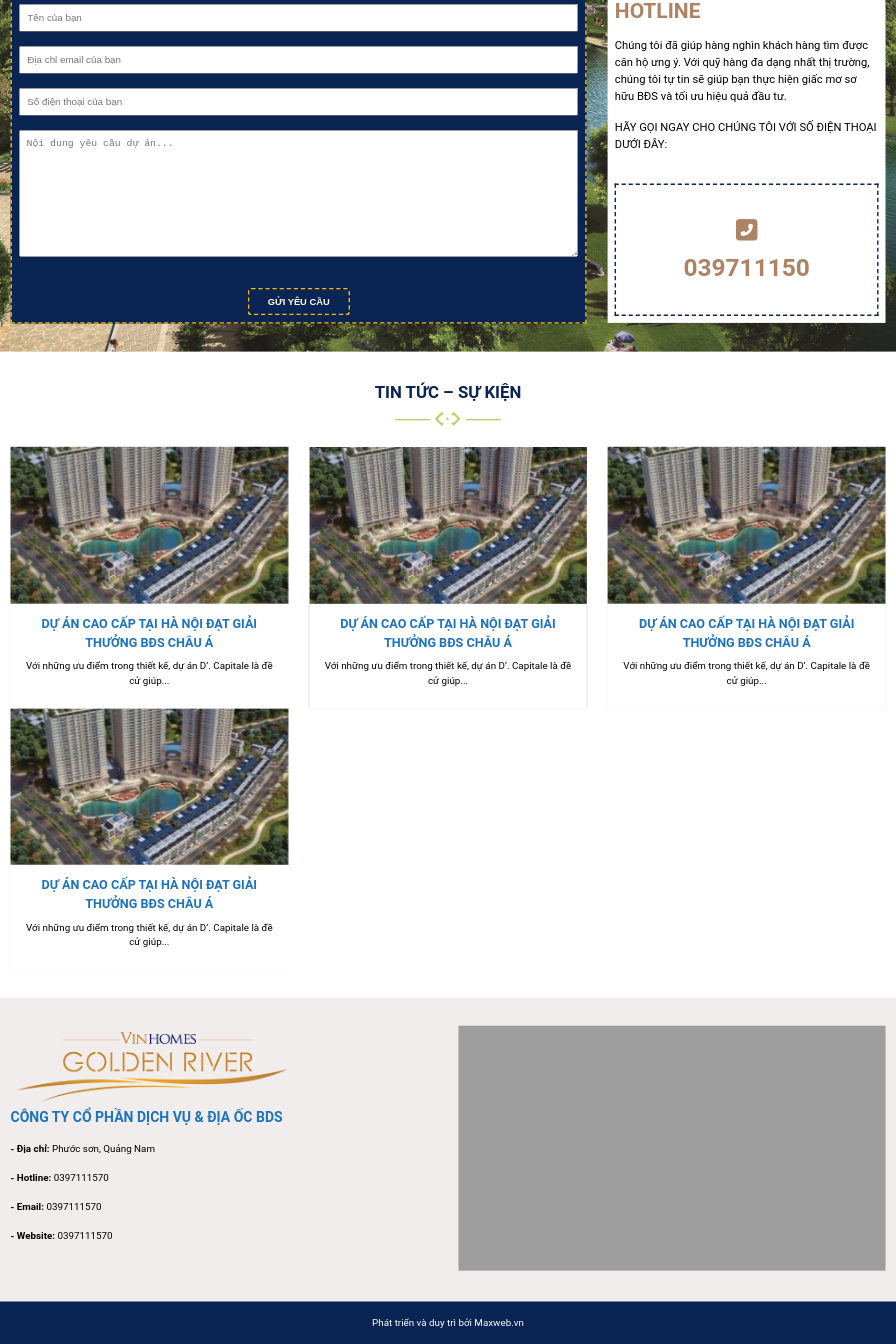
Repository: phamphuc2/fontend-bds
Page: index.html
These files come from the project's save history. The page is drawn as it stood at one moment and after the next save; the edit follows.
The browser window is 1280 px wide. The pictures show the part of the page from y = 2346 to 4266 px (the page is 4266 px tall before and 3893 px after), at 70% of full size.
Pictures or frames that could not be fetched are drawn as grey boxes. Backgrounds fixed to the window are drawn as part of the page. Some web libraries are served in a nearby version.

Above is the page before, as saved 2022-06-10 08:24:08.

After the next save:
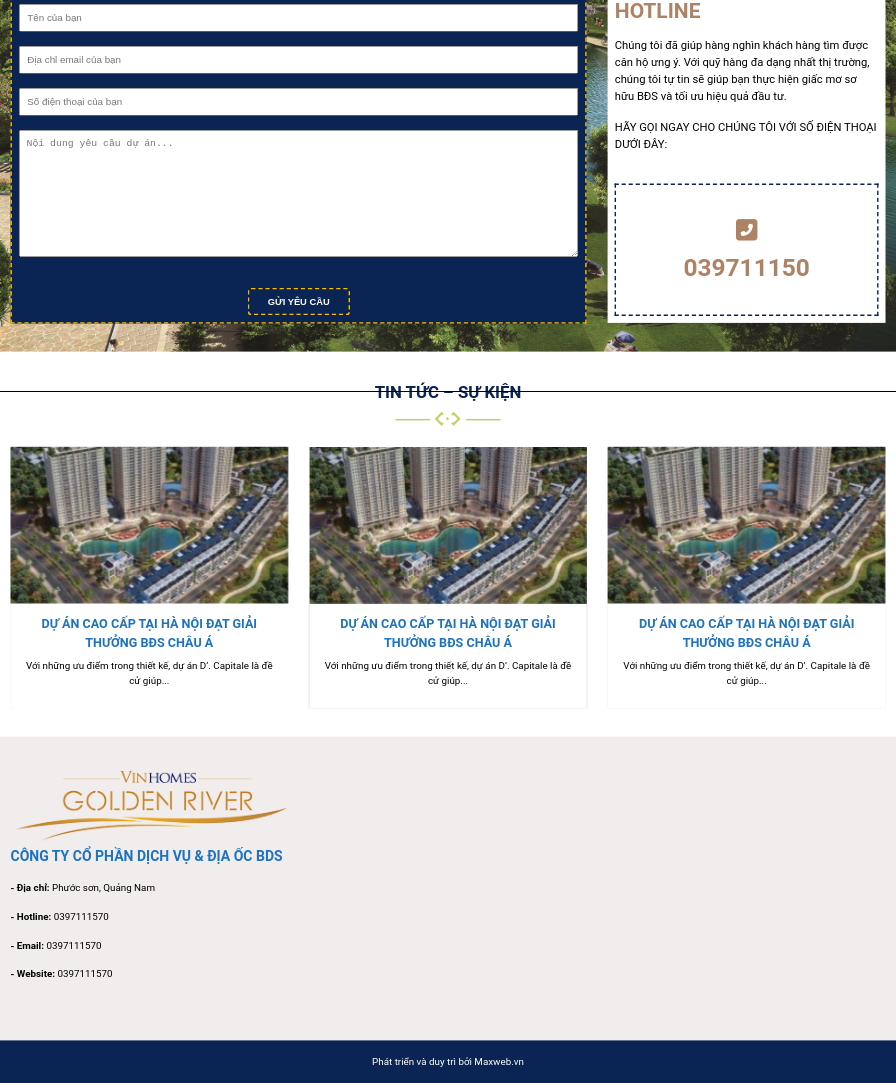
Saved 11 s later.
--- a/index.html
+++ b/index.html
@@ -360,17 +360,6 @@
                         </div>
                     </div>
                     <div class="col-lg-4 box-new">
-                        <a href="" class="box-item">
-                            <div class="img-wrap">
-                                <img src="./assets/images/project1.jpg" alt="">
-                            </div>
-                            <div class="content">
-                                <h2 class="title">Dự án cao cấp tại Hà Nội đạt giải thưởng BĐS châu Á</h2>
-                                <p class="desc">Với những ưu điểm trong thiết kế, dự án D’. Capitale là đề cử giúp...					</p>
-                            </div>
-                        </a>
-                    </div>
-                    <div class="col-lg-4  box-new">
                         <a href="" class="box-item">
                             <div class="img-wrap">
                                 <img src="./assets/images/project1.jpg" alt="">
